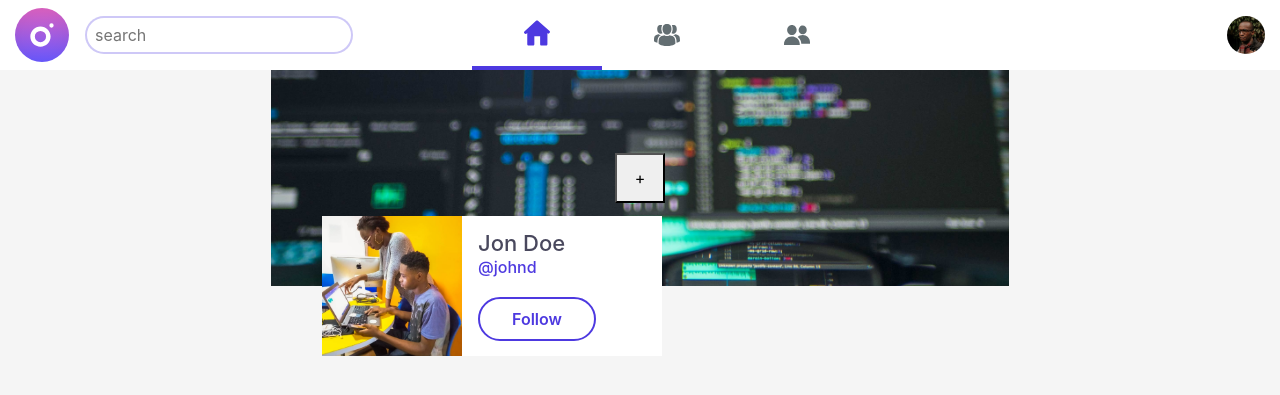
Repository: Flovet-stack/memic
Page: admin-profile.html
These files come from the project's save history. The page is drawn as it stood at one moment and after the next save; the edit follows.
The browser window is 1280 px wide. The pictures show the whole page.
Some web fonts or font styles are not loaded; a fallback is used.

Above is the page before, as saved 2020-10-27 23:42:03.
Console error: TypeError: Cannot read properties of undefined (reading 'fn')

After the next save:
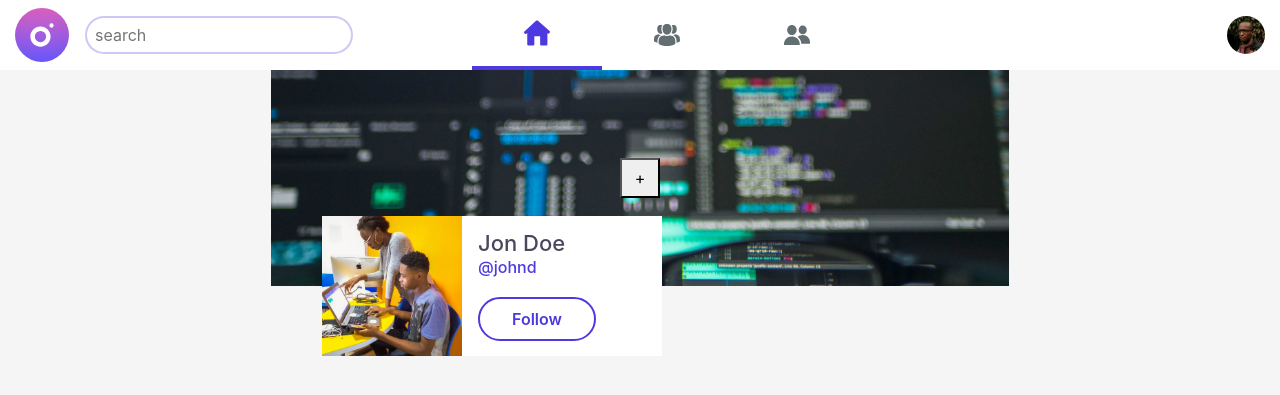
Saved 4 s later.
--- a/css/admin-profile.css
+++ b/css/admin-profile.css
@@ -50,8 +50,8 @@
     margin-top: var(--padding-2);
 }
 .change-cover-btn {
-    width: 50px;
-    height: 50px;
+    width: 40px;
+    height: 40px;
     position: relative;
     transform: translate(-50%, -50%);
     left: 50%;
